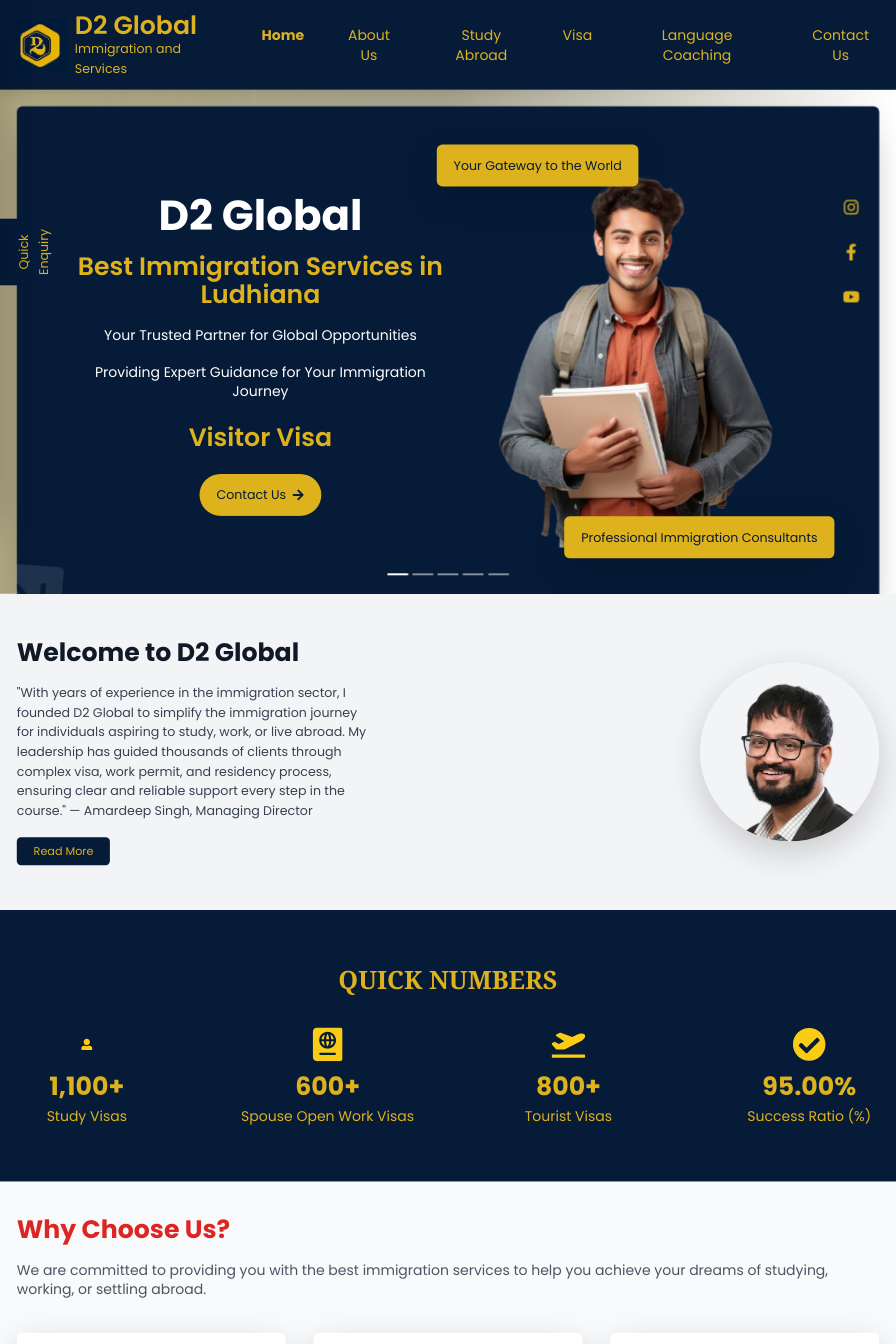
Repository: abhijeets54/d2globalbackup
Page: /
These files come from the project's save history. The page is drawn as it stood at one moment and after the next save; the edit follows.
The browser window is 1280 px wide. The pictures show the part of the page from y = 0 to 1920 px (the page is 6727 px tall), at 70% of full size.
The page's requests for data from a server got no answer. The project was rebuilt for these pictures with package versions that can differ from the ones it lists, and the page was loaded fresh each time. No one was signed in, and anything a server would have sent is missing. Also part of the build but not shown: vite.config.js, src/components/Button.jsx, src/components/PostCard.jsx, src/components/Input.jsx, src/components/PopupForm.jsx, src/components/Events.jsx, src/components/People.jsx, src/Newsletter/NewsletterComponent.jsx and 28 more. Imported but missing from the stored project, and not drawn on this page: src/components/Donate/RestoftheWorld.jsx, src/components/Donate/WithInIndia.jsx, src/components/JoinUs.jsx, src/components/Projects/Awareness.jsx, src/components/Projects/Education.jsx, src/components/Projects/HumanitarianAid.jsx, src/components/ThreePillars.jsx, src/pages/Donate.jsx and 2 more.

Above is the page before, as saved 2024-10-04 12:26:50.

### index.html
<!doctype html>
<html lang="en">
  <head>
    <meta charset="UTF-8" />
    <link rel="icon" type="image/svg+xml" href="/logo.webp" />
    <meta name="viewport" content="width=device-width, initial-scale=1.0" />
    <link href="https://fonts.googleapis.com/css2?family=Gothic+A1&family=Inconsolata:wght@200..900&family=Mukta:wght@200;300;400;500;600;700;800&family=Poppins:ital,wght@0,100;0,200;0,300;0,400;0,500;0,600;0,700;0,800;0,900;1,100;1,200;1,300;1,400;1,500;1,600;1,700;1,800;1,900&display=swap" rel="stylesheet">

    <link href="https://cdn.jsdelivr.net/npm/bootstrap@5.3.3/dist/css/bootstrap.min.css" rel="stylesheet" integrity="sha384-QWTKZyjpPEjISv5WaRU9OFeRpok6YctnYmDr5pNlyT2bRjXh0JMhjY6hW+ALEwIH" crossorigin="anonymous">
    <link
  rel="stylesheet"
  href="https://cdnjs.cloudflare.com/ajax/libs/font-awesome/5.15.3/css/all.min.css"
/>
    <title>D2 Global</title>
  </head>
  <body class="bg-slate-400">
    <div id="root"></div>
    <script src="https://cdn.jsdelivr.net/npm/bootstrap@5.3.3/dist/js/bootstrap.bundle.min.js" integrity="sha384-YvpcrYf0tY3lHB60NNkmXc5s9fDVZLESaAA55NDzOxhy9GkcIdslK1eN7N6jIeHz" crossorigin="anonymous"></script>
    <script type="module" src="/src/main.jsx"></script>
  </body>
</html>

### src/App.jsx
import React, { useState, useEffect } from 'react'
import './App.css'
import { Footer, Header } from './components'
import { Outlet } from 'react-router-dom'


function App() {
  const [loading, setLoading] = useState(false)

  return !loading ? (
    <div className='min-h-screen flex flex-wrap content-between bg-gray-400'>
      <div className='w-full block'>
        <Header />
        <main>
        <Outlet />
        </main>
        <Footer />
      </div>
    </div>
  ) : null
}

export default App

### src/index.css
@tailwind base;
@tailwind components;
@tailwind utilities;

@keyframes slideIn {
    from {
      transform: translateX(100%);
      opacity: 0;
    }
    to {
      transform: translateX(0);
      opacity: 1;
    }
  }

  .slide-in {
    animation: slideIn 0.5s ease-out;
  }
  /* Animation for sliding content */
.slide-enter {
    transform: translateX(100%);
    opacity: 0;
  }

  .slide-enter-active {
    transform: translateX(0);
    opacity: 1;
    transition: transform 0.3s ease-in-out, opacity 0.3s ease-in-out;
  }

  .slide-exit {
    transform: translateX(0);
    opacity: 1;
  }

  .slide-exit-active {
    transform: translateX(-100%);
    opacity: 0;
    transition: transform 0.3s ease-in-out, opacity 0.3s ease-in-out;
  }

  /* Custom CSS to hide the scrollbar */
.scrollbar-hide::-webkit-scrollbar {
    display: none;
  }

  .scrollbar-hide {
    -ms-overflow-style: none; /* IE and Edge */
    scrollbar-width: none; /* Firefox */
  }

  @layer utilities {
    @keyframes slideIn {
      from {
        opacity: 0;
        transform: translateX(100%);
      }
      to {
        opacity: 1;
        transform: translateX(0);
      }
    }

    .animate-slide-in {
      animation: slideIn 0.7s ease-out forwards;
    }
  }
  /* Optional: Add custom animations */
@keyframes move-plane {
  from {
    transform: translateY(0);
  }
  to {
    transform: translateY(500px); /* Adjust this value based on the desired movement */
  }
}
@keyframes slideInLeft {
  from {
    transform: translateX(-100%);
    opacity: 0;
  }
  to {
    transform: translateX(0);
    opacity: 1;
  }
}

@keyframes slideInRight {
  from {
    transform: translateX(100%);
    opacity: 0;
  }
  to {
    transform: translateX(0);
    opacity: 1;
  }
}

.slide-in-left {
  animation: slideInLeft 0.5s forwards;
}

.slide-in-right {
  animation: slideInRight 0.5s forwards;
}
@media (max-width: 768px) {
  .left-slide, .right-slide {
    left: -80px; /* Adjust for smaller screens */
    transform: translateX(-5px); /* Adjust for spacing */
  }
}

@media (max-width: 480px) {
  .left-slide, .right-slide {
    left: -60px; /* Adjust for mobile screens */
    transform: translateX(-3px); /* Adjust for spacing */
  }

  .w-56 {
    width: 90% !important; /* Full width on mobile */
  }

  .w-64 {
    width: 90% !important; /* Full width on mobile */
  }
}

@keyframes slide-left {
  from {
    transform: translateX(-100%);
  }
  to {
    transform: translateX(0);
  }
}

@keyframes slide-right {
  from {
    transform: translateX(100%);
  }
  to {
    transform: translateX(0);
  }
}

.animate-slide-left {
  animation: slide-left 0.5s ease-in-out;
}

.animate-slide-right {
  animation: slide-right 0.5s ease-in-out;
}

/* In your CSS file */
.blurred-bg {
  background-image: url('/path-to-your-image.jpg'); /* Background image */
  background-size: cover;
  background-position: center;
  filter: blur(8px); /* Adjust blur as needed */
  position: absolute;
  top: 0;
  left: 0;
  right: 0;
  bottom: 0;
  z-index: -1; /* Send it behind other content */
}

### src/pages/Home.jsx
import React, { useState } from 'react';
import { useNavigate } from 'react-router-dom';
import Collage from '../components/Collage';
import OurAssociates from '../components/OurAssociates';
import QuickNumbers from '../components/QuickNumbers';
import WhatPeopleAreSaying from '../components/WhatPeopleAreSaying';

import Register from '../components/Register';

import About from '../components/About';
import Offer from '../components/Offer';
import Countries from '../components/Countries';
import PopupForm from '../components/PopupForm';
import Events from '../components/Events';
import QuickEnquiry from '../components/ContactUs/QuickEnquiry';
import Choose from '../components/Choose';
import People from '../components/People';
import CollageWithAnimations from '../components/CollageWithAnimations';
function Home() {
  const navigate = useNavigate();
  const [showFullText, setShowFullText] = useState(false);

  const handleReadMore = () => {
    navigate('/About');
  };

  const handleMoreAboutUs = () => {
    setShowFullText(!showFullText);
  };

  return (
    <>
   {/* <CollageWithAnimations/> */}
      {/* <PopupForm /> */}
      <QuickEnquiry />
      <Collage />

        <About />
        {/* <People/> */}
        <QuickNumbers />
        <Choose/>
        <Offer />

        {/* <Timeline /> */}



            <Countries />


            <OurAssociates />

          <WhatPeopleAreSaying />
          {/* <Events /> */}

          <Register />


    </>
  );
}

export default Home;

### src/components/About.jsx
import React, { useEffect, useState, useRef } from 'react';
import { useNavigate } from 'react-router-dom';

const About = () => {
  const [slideIn, setSlideIn] = useState(false);
  const aboutSectionRef = useRef(null);
  const navigate = useNavigate();

  useEffect(() => {
    const observer = new IntersectionObserver(
      (entries) => {
        entries.forEach((entry) => {
          if (entry.isIntersecting) {
            setSlideIn(true);
          }
        });
      },
      {
        threshold: 0.3,
      }
    );

    if (aboutSectionRef.current) {
      observer.observe(aboutSectionRef.current);
    }

    return () => {
      if (aboutSectionRef.current) {
        observer.unobserve(aboutSectionRef.current);
      }
    };
  }, []);

  const handleReadMore = () => {
    navigate('/AboutUs');
  };

  return (
    <div ref={aboutSectionRef} className="flex items-center justify-center bg-gray-100 py-12 md:py-16">
      <div className="container mx-auto flex flex-col md:flex-row items-center justify-between px-4">

        {/* Sliding Text Content */}
        <div
          className={`transform transition-transform duration-1000 ${
            slideIn ? 'translate-x-0' : '-translate-x-full'
          } mt-8 md:mt-0 md:mr-10 max-w-lg text-left md:text-left`}
        >
          <h2 className="text-3xl md:text-4xl  font-bold mb-4 text-gray-900">Welcome to D2 Global</h2>
          <p className="text-base md:text-lg text-gray-700">
          "With years of experience in the immigration sector, I founded D2 Global to simplify the immigration journey for individuals aspiring to study, work, or live abroad. My leadership has guided thousands of clients through complex visa, work permit, and residency process, ensuring clear and reliable support every step in the course."

— Amardeep Singh, Managing Director
          </p>

          {/* Read More Button */}
          <button
            onClick={handleReadMore}
            className="mt-4 inline-block bg-customBlue text-customYellow px-6 py-2 rounded-md hover:bg-blue-600 transition-colors duration-300"
          >
            Read More
          </button>
        </div>

      {/* Sliding Image */}
<div
  className={`transform transition-transform duration-1000 ${
    slideIn ? 'translate-x-0' : 'translate-x-full'
  } mt-8 md:mt-0`}
>
  <img
    src="amar.webp"
    alt="Profile"
    className="rounded-full shadow-lg w-48 h-48 md:w-64 md:h-64 object-cover object-top mx-auto md:mx-0"
    style={{ objectPosition: 'top center' }} // This will center the face more
  />
</div>


      </div>
    </div>
  );
};

export default About;

### src/components/Layout.jsx
// src/components/Layout.jsx
import React from 'react';
import { Outlet, useNavigate } from 'react-router-dom';

const Layout = () => {
  const navigate = useNavigate();

  const handleDonateClick = () => {
    navigate('/Donate');
  };

  return (
    <div>
      <Outlet />
      {/* <a
        href="#top"
        className="fixed right-2 bottom-16 bg-blue-950 text-white hover:bg-yellow-500 py-1 px-2 rounded-2 h-8 w-10 mt-2"
        style={{ zIndex: 1000 }}
      >
        <img src="../../IOC Website pictures/icons8-top-50.png" alt="Go to top " />
      </a> */}
    </div>
  );
};

export default Layout;

### src/components/OurAssociates.jsx
import React from 'react';
import 'tailwindcss/tailwind.css';

const logos = [
  '/oxford.webp',
  '/regent.webp',
  '/webster.webp',
  '/avila.svg',
  '/iau.webp',
  '/bcnlip.webp',
  '/camino.webp',
  '/ihmgs.webp',
  '/uclan.webp',
  '/aura.webp',
  '/lyon.webp'
];

function OurAssociates() {
  return (
    <div className="bg-white py-8">
      <h4 className="text-center text-blue-950 mt-3 text-3xl font-semibold">OUR PARTNERS</h4>
      <br />
      <div className="overflow-hidden relative">
        <div className="flex animate-scroll1 space-x-4 sm:space-x-6 lg:space-x-8">
          {logos.concat(logos).map((logo, index) => (
            <div key={index} className="flex-shrink-0">
              <img
                src={logo}
                alt={`Logo ${index + 1}`}
                className="h-24 w-24 sm:h-32 sm:w-32 lg:h-40 lg:w-40 object-contain"
              />
            </div>
          ))}
        </div>
      </div>
    </div>
  );
}

export default OurAssociates;

### src/components/QuickNumbers.jsx
import React, { useEffect, useState, useRef } from 'react';
import CountUp from 'react-countup';
import { FaUserAlt, FaPassport, FaPlaneDeparture, FaCheckCircle } from 'react-icons/fa';
import 'tailwindcss/tailwind.css';

const data = [
  {
    icon: <FaUserAlt className="h-12 w-12++ text-yellow-400 mb-2" />,
    number: 1100,
    label: 'Study Visas'
  },
  {
    icon: <FaPassport className="h-12 w-12 text-yellow-400 mb-2" />,
    number: 600,
    label: 'Spouse Open Work Visas'
  },
  {
    icon: <FaPlaneDeparture className="h-12 w-12 text-yellow-400 mb-2" />,
    number: 800,
    label: 'Tourist Visas'
  },
  {
    icon: <FaCheckCircle className="h-12 w-12 text-yellow-400 mb-2" />,
    number: 95,
    label: 'Success Ratio (%)',
    isDecimal: true,
  }
];

function QuickNumbers() {
  const [showCounts, setShowCounts] = useState(false);
  const quickNumbersRef = useRef(null);

  useEffect(() => {
    const observer = new IntersectionObserver(
      (entries) => {
        if (entries[0].isIntersecting) {
          setShowCounts(true);
        }
      },
      { threshold: 0.2 }
    );

    if (quickNumbersRef.current) {
      observer.observe(quickNumbersRef.current);
    }

    return () => {
      if (quickNumbersRef.current) {
        observer.unobserve(quickNumbersRef.current);
      }
    };
  }, []);

  return (
    <div ref={quickNumbersRef} className="bg-customBlue py-8 w-full">
      <h2 className="text-center text-2xl sm:text-4xl font-serif font-extrabold text-customYellow pt-5 mb-8">
        QUICK NUMBERS
      </h2>

      {/* Responsive Grid Layout */}
      <div className="grid grid-cols-1 sm:grid-cols-2 lg:grid-cols-4 gap-8 lg:gap-24 mt-5 pb-5">
        {data.map((item, index) => (
          <div key={index} className="text-center text-customYellow flex flex-col items-center">
            <div className="quicknumber flex flex-col justify-center items-center">
              <div className="icon mb-2">{item.icon}</div>
              <h3 className="text-2xl sm:text-4xl font-bold">
                {showCounts && (
                  <CountUp
                    end={item.number}
                    duration={7}
                    decimals={item.isDecimal ? 2 : 0}
                    suffix={item.isDecimal ? "%" : "+"}
                  />
                )}
              </h3>
              <p className="mt-2 text-base sm:text-xl">{item.label}</p>
            </div>
          </div>
        ))}
      </div>
    </div>
  );
}

export default QuickNumbers;

### src/components/Offer.jsx
import React from 'react';
import { Link } from 'react-router-dom';
import 'tailwindcss/tailwind.css';

function Offer() {
  const studyAbroadImageUrl = '/student.webp'; // Update with actual image URL
  const ieltsPteImageUrl = '/ielts3.webp'; // Update with actual image URL
  const touristVisaImageUrl = '/tourist.webp'; // Update with actual image URL

  return (
    <div className="mx-auto bg-customBlue
    0 p-6 md:p-10 shadow">
      <h4 className="text-center text-customBlue mt-3 text-xl"></h4>
      <h2 className="text-center text-3xl font-serif  text-customYellow sm:text-4xl mt-3  font-extrabold mb-10 md:mb-16">What We Offer</h2>

      <div className="grid grid-cols-1 sm:grid-cols-2 md:grid-cols-3 gap-6">
        {/* First card: Study Abroad */}
        <div className="col cursor-pointer transform transition-transform hover:scale-105">
          <Link to="/StudyAbroad">
            <div className="card h-full bg-white rounded-lg shadow overflow-hidden">
              <img
                src={studyAbroadImageUrl}
                className="w-full h-52 sm:h-64 md:h-72 object-cover"
                alt="Study Abroad"
              />
              <div className="p-4">
                <h5 className="text-center text-lg sm:text-xl font-bold">Study Abroad</h5>
              </div>
            </div>
          </Link>
        </div>

        {/* Second card: IELTS/PTE */}
        <div className="col cursor-pointer transform transition-transform hover:scale-105">
          <Link to="/Training">
            <div className="card h-full bg-white rounded-lg shadow overflow-hidden">
              <img
                src={ieltsPteImageUrl}
                className="w-full h-52 sm:h-64 md:h-72 object-cover"
                alt="IELTS/PTE"
              />
              <div className="p-4">
                <h5 className="text-center text-lg sm:text-xl font-bold">Language Coaching</h5>
              </div>
            </div>
          </Link>
        </div>

        {/* Third card: Tourist Visa */}
        <div className="col cursor-pointer transform transition-transform hover:scale-105">
          <Link to="/TouristVisa">
            <div className="card h-full bg-white rounded-lg shadow overflow-hidden">
              <img
                src={touristVisaImageUrl}
                className="w-full h-52 sm:h-64 md:h-72 object-cover"
                alt="Tourist Visa"
              />
              <div className="p-4">
                <h5 className="text-center text-lg sm:text-xl font-bold">Tourist Visa</h5>
              </div>
            </div>
          </Link>
        </div>
      </div>
    </div>
  );
}

export default Offer;

### src/components/CollageWithAnimations.jsx
import React, { useEffect, useState } from 'react';
import { motion } from 'framer-motion';
import { FaArrowRight, FaGlobeAmericas, FaPassport, FaPlane } from 'react-icons/fa';
import { useNavigate } from 'react-router-dom';

const CollageWithAnimations = () => {
  const navigate = useNavigate();
  const [displayedText, setDisplayedText] = useState('');
  const [textIndex, setTextIndex] = useState(0);
  const texts = ['Study Visa', 'Permanent Residency', 'Visitor Visa', 'Tourist Visa', 'IELTS Coaching', 'PTE Coaching'];
  const slideInDuration = 0.5;

  useEffect(() => {
    const changeText = () => {
      setDisplayedText(texts[textIndex]);
    };
    changeText();
  }, [textIndex]);

  useEffect(() => {
    const textChangeInterval = setInterval(() => {
      setTextIndex((prevIndex) => (prevIndex + 1) % texts.length);
    }, 3000);
    return () => clearInterval(textChangeInterval);
  }, []);

  return (
    <div className="relative w-full min-h-screen flex items-center justify-center bg-gradient-to-r from-customYellow/30 via-customYellow/20 to-white p-4 md:p-8">
      {/* Background decorative elements */}
      <motion.div
        className="absolute top-10 left-10 text-4xl text-customBlue opacity-20"
        animate={{ rotate: 360 }}
        transition={{ duration: 20, repeat: Infinity, ease: "linear" }}
      >
        <FaGlobeAmericas />
      </motion.div>
      <motion.div
        className="absolute bottom-10 right-10 text-4xl text-customBlue opacity-20"
        animate={{ y: [0, -20, 0] }}
        transition={{ duration: 4, repeat: Infinity, ease: "easeInOut" }}
      >
        <FaPlane />
      </motion.div>

      {/* Main content container */}
      <div className="w-full max-w-7xl bg-customBlue shadow-2xl rounded-lg p-10 md:p-20 flex flex-col lg:flex-row items-center justify-between transition-all duration-500 hover:shadow-3xl relative overflow-hidden">
        {/* Text Section */}
        <div className="w-full lg:w-1/2 text-center lg:text-left relative z-10 mb-8 lg:mb-0">
          <h1 className="text-4xl md:text-5xl lg:text-6xl font-bold text-white mb-4">
            D2 Global
          </h1>
          <h2 className="text-2xl md:text-3xl lg:text-4xl font-semibold text-customYellow mb-6">
            Best Immigration Services in Ludhiana
          </h2>
          <p className="text-lg md:text-xl text-white mb-4">
            Your Trusted Partner for Global Opportunities
          </p>
          <p className="text-lg md:text-xl text-white mb-8">
            Providing Expert Guidance for Your Immigration Journey
          </p>
          <motion.h3
            className="text-2xl md:text-3xl lg:text-4xl font-semibold text-customYellow mb-8"
            initial={{ x: -50, opacity: 0 }}
            animate={{ x: 0, opacity: 1 }}
            exit={{ x: -50, opacity: 0 }}
            transition={{ duration: slideInDuration }}
          >
            {displayedText}
          </motion.h3>
          <button
            className="px-6 py-3 bg-customYellow text-customBlue rounded-full text-lg flex items-center justify-center mx-auto lg:mx-0 hover:bg-white hover:text-customBlue transition-colors duration-300"
            onClick={() => navigate('/Contactpage')}
          >
            Contact Us
            <FaArrowRight className="ml-2" />
          </button>
        </div>

        {/* Image Section */}
        <div className="relative w-full lg:w-1/2 flex justify-center items-center">
          <motion.img
            src="/student.png"
            alt="Student with backpack"
            className="h-80 md:h-96 lg:h-[550px] object-cover"
            initial={{ opacity: 0, x: 50 }}
            animate={{ opacity: 1, x: 0 }}
            transition={{ duration: 0.5 }}
          />

          {/* Floating boxes */}
          <motion.div
            className="absolute -top-4 -left-4 py-3 px-6 bg-customYellow text-customBlue rounded-lg text-base md:text-lg shadow-lg"
            animate={{ y: [0, -10, 0] }}
            transition={{ duration: 2, repeat: Infinity, ease: "easeInOut" }}
          >
            Your Gateway to the World
          </motion.div>
          <motion.div
            className="absolute -bottom-4 -right-4 py-3 px-6 bg-customYellow text-customBlue rounded-lg text-base md:text-lg shadow-lg"
            animate={{ y: [0, -10, 0] }}
            transition={{ duration: 2, repeat: Infinity, ease: "easeInOut", delay: 1 }}
          >
            Professional Immigration Consultants
          </motion.div>
        </div>

        {/* Additional decorative element */}
        <motion.div
          className="absolute -bottom-16 -left-16 text-9xl text-white opacity-10"
          animate={{ rotate: -360 }}
          transition={{ duration: 30, repeat: Infinity, ease: "linear" }}
        >
          <FaPassport />
        </motion.div>
      </div>
    </div>
  );
};

export default CollageWithAnimations;

### src/components/container/Container.jsx
import React from 'react'

function Container({ children }) {
  return <div className='w-full'>{children}</div>
}

export default Container

### src/components/Logo.jsx
import React from 'react';
import logo from '/logo.webp'; // Adjust path as necessary

function Logo() {
  return (
    <div>
      <img src={logo} alt="logo" height={75} width={75}/>
    </div>
  );
}

export default Logo;

Loaded but not shown: tailwind.config.js (35 lines, source omitted); src/components/index.js (19 lines, source omitted); src/components/Header/Header.jsx (265 lines, source omitted); src/components/ContactUs/QuickEnquiry.jsx (202 lines, source omitted); src/components/Countries.jsx (133 lines, source omitted); src/components/Register.jsx (175 lines, source omitted); src/components/Choose.jsx (155 lines, source omitted); src/main.jsx (100 lines, source omitted); src/components/WhatPeopleAreSaying.jsx (112 lines, source omitted); src/components/Collage.jsx (130 lines, source omitted); src/components/ContactUs/ContactUs.jsx (85 lines, source omitted); src/App.css (212 lines, source omitted)

After the next save:
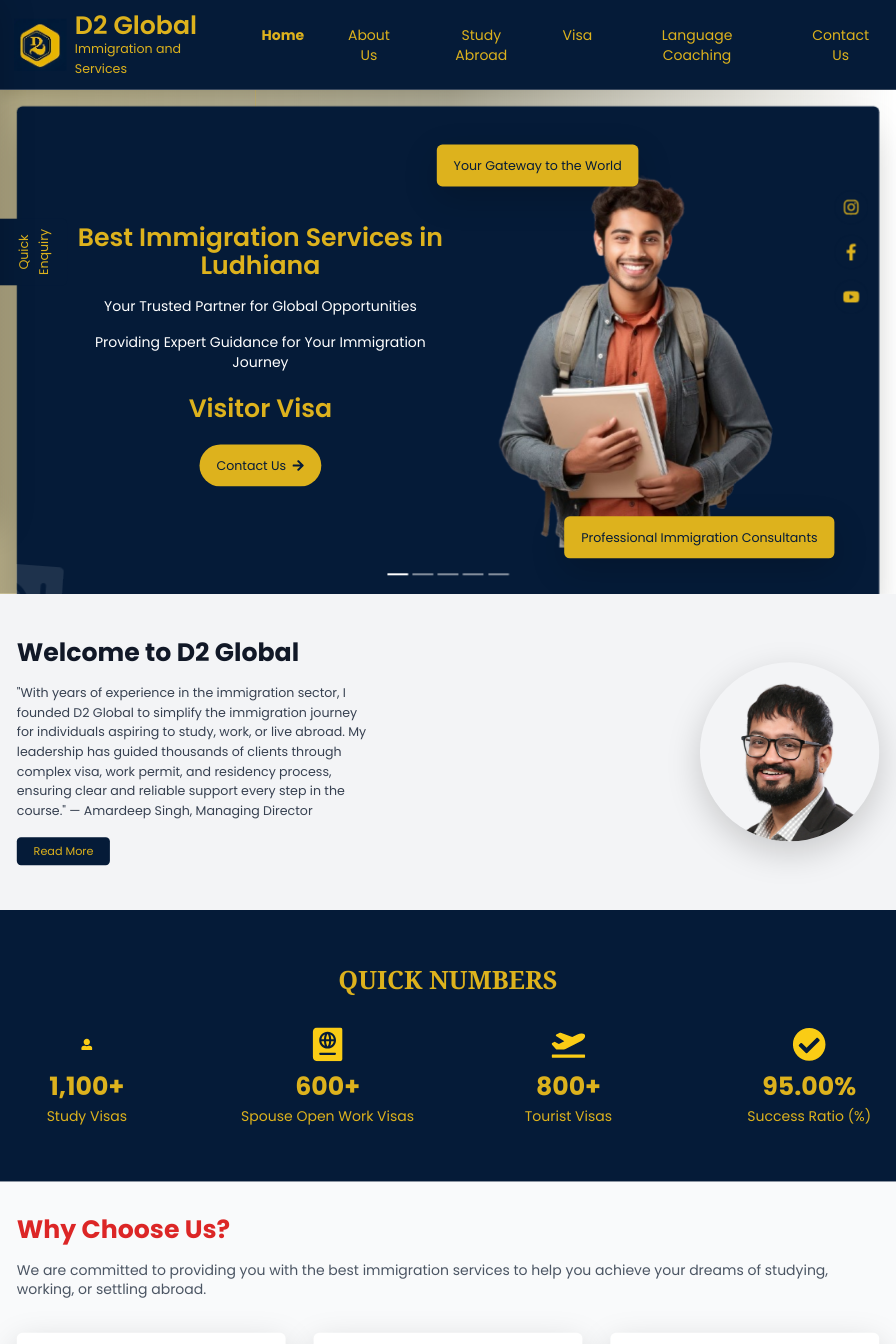
Saved 106 s later.
--- a/src/components/CollageWithAnimations.jsx
+++ b/src/components/CollageWithAnimations.jsx
@@ -46,9 +46,7 @@
       <div className="w-full max-w-7xl bg-customBlue shadow-2xl rounded-lg p-10 md:p-20 flex flex-col lg:flex-row items-center justify-between transition-all duration-500 hover:shadow-3xl relative overflow-hidden">
         {/* Text Section */}
         <div className="w-full lg:w-1/2 text-center lg:text-left relative z-10 mb-8 lg:mb-0">
-          <h1 className="text-4xl md:text-5xl lg:text-6xl font-bold text-white mb-4">
-            D2 Global
-          </h1>
+
           <h2 className="text-2xl md:text-3xl lg:text-4xl font-semibold text-customYellow mb-6">
             Best Immigration Services in Ludhiana
           </h2>
